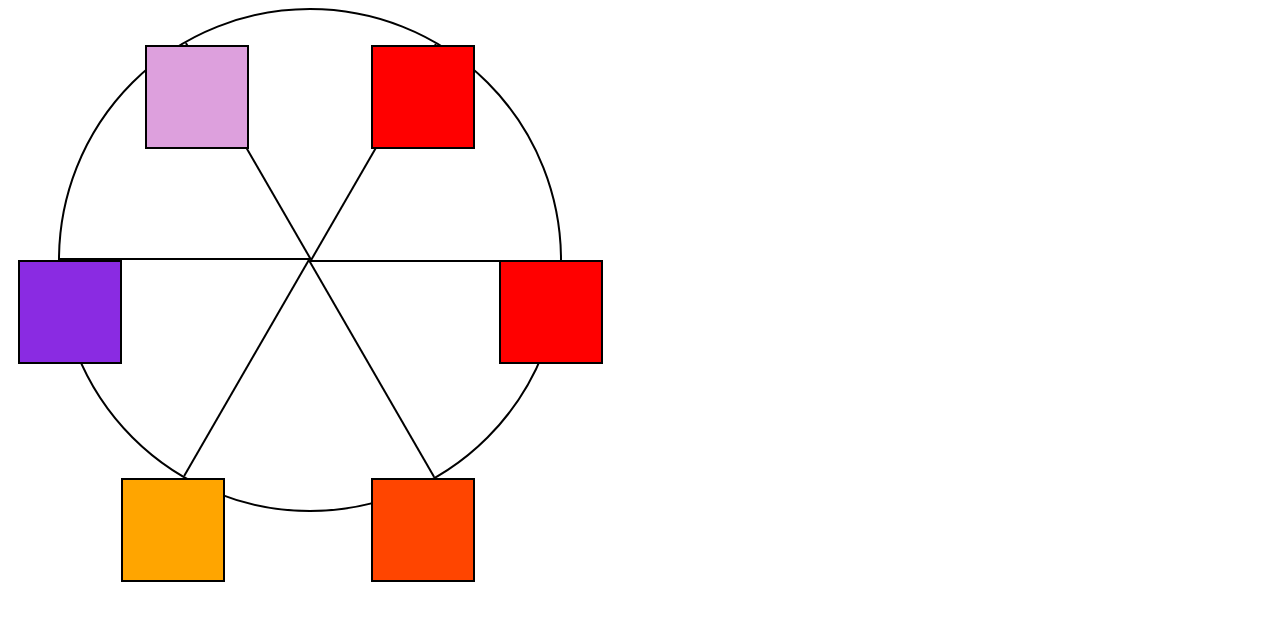
Repository: Lungdjos/ferris_wheel
Page: index.html
The author's editor kept a copy of each file at every save. The page is drawn from the files as they stood at one save, then again after the next save.
The browser window is 1280 px wide. The pictures show the whole page.

Above is the page before, as saved 2024-01-11 09:28:08.

### index.html
<!DOCTYPE html>
<html lang="en">

<head>
    <meta charset="UTF-8">
    <meta name="viewport" content="width=device-width, initial-scale=1.0">
    <title>Ferris Wheel</title>
    <link rel="stylesheet" href="./styles.css">
</head>

<body>
    <div class="wheel">
        <span class="line"></span>
        <span class="line"></span>
        <span class="line"></span>
        <span class="line"></span>
        <span class="line"></span>
        <span class="line"></span>
        <div class="cabin"></div>
        <div class="cabin"></div>
        <div class="cabin"></div>
        <div class="cabin"></div>
        <div class="cabin"></div>
        <div class="cabin"></div>
    </div>

</body>

</html>

### styles.css
/* styling for the wheel */

.wheel {
    border: 2px solid black;
    border-radius: 50%;
    margin-left: 50px;
    position: absolute;
    height: 55vw;
    width: 55vw;
    max-width: 500px;
    max-height: 500px;
}


/* styling for the line */

.line {
    background-color: black;
    height: 2px;
    width: 50%;
    top: 50%;
    left: 50%;
    position: absolute;
    transform-origin: 0% 0%;
}

.line:nth-of-type(2) {
    transform: rotate(60deg);
}

.line:nth-of-type(3) {
    transform: rotate(120deg);
}

.line:nth-of-type(4) {
    transform: rotate(180deg);
}

.line:nth-of-type(5) {
    transform: rotate(240deg);
}

.line:nth-of-type(6) {
    transform: rotate(-60deg);
}


/* styling for the cabin */

.cabin {
    background-color: red;
    width: 20%;
    height: 20%;
    border: 2px solid;
    position: absolute;
    transform-origin: 50% 0%;
}

.cabin:nth-of-type(1) {
    right: -8.5%;
    top: 50%;
}

.cabin:nth-of-type(2) {
    right: 17%;
    top: 93.5%;
    background-color: orangered;
}

.cabin:nth-of-type(3) {
    right: 67%;
    top: 93.5%;
    background-color: orange;
}

.cabin:nth-of-type(4) {
    left: -8.5%;
    top: 50%;
    background-color: blueviolet;
}

.cabin:nth-of-type(5) {
    left: 17%;
    top: 7%;
    background-color: plum;
}

.cabin:nth-of-type(6) {
    right: 17%;
    top: 7%;
    background-color:
}

After the next save:
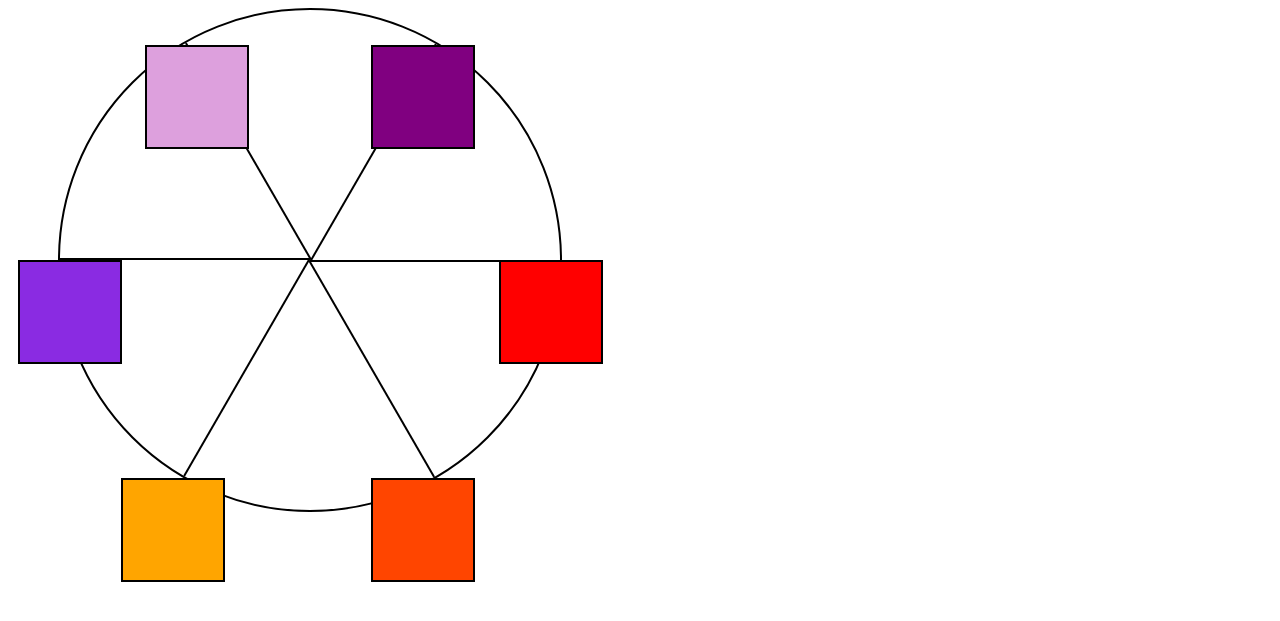
Saved 4 s later.
--- a/styles.css
+++ b/styles.css
@@ -88,5 +88,5 @@
 .cabin:nth-of-type(6) {
     right: 17%;
     top: 7%;
-    background-color:
+    background-color: purple;
 }
